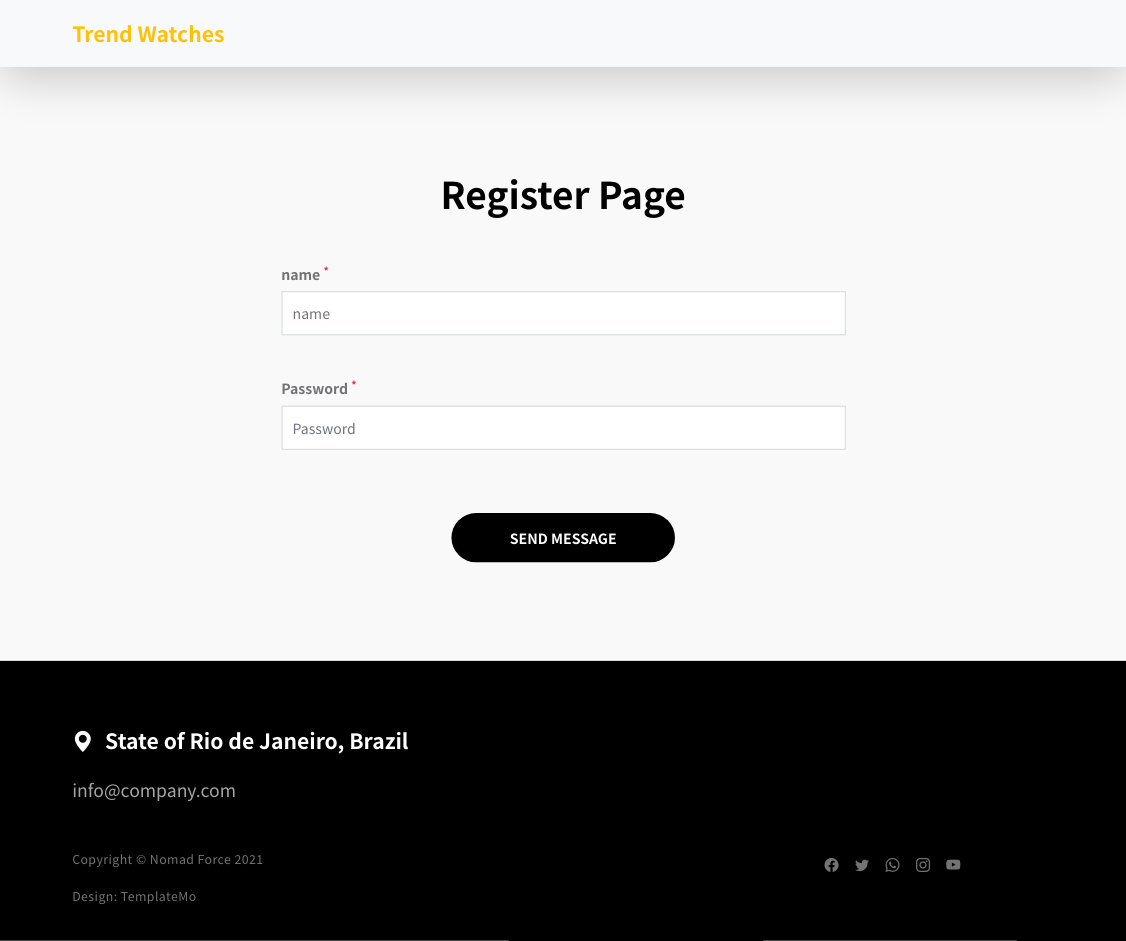
Repository: maqsudov0371/homework
Page: http://localhost/register-user
The author's editor kept a copy of each file at every save. The page is drawn from the files as they stood at one save, then again after a run of saves.
The browser window is 1280 px wide. The pictures show the whole page, at 88% of full size.
The page is served by the project's application, run on Django 5.2 (manage.py). Other server files are loaded and not shown.

Above is the page before, as saved 2024-07-13 14:51:45.

### templates/register.html
<!doctype html>
<html lang="en">
    {% load static %}
    <head>
        <meta charset="utf-8">
        <meta name="viewport" content="width=device-width, initial-scale=1">

        <meta name="description" content="">
        <meta name="author" content="">

        <title>Nomad Force HTML Bootstrap 5 Template</title>

        <!-- CSS FILES -->
        <link rel="preconnect" href="https://fonts.googleapis.com">

        <link rel="preconnect" href="https://fonts.gstatic.com" crossorigin>

        <link href="https://fonts.googleapis.com/css2?family=Noto+Sans+JP:wght@100;300;400;700;900&display=swap" rel="stylesheet">

        <link href="{% static 'css/bootstrap.min.css' %}" rel="stylesheet">
        <link href="{% static 'css/bootstrap-icons.css' %}" rel="stylesheet">

        <link rel="stylesheet" href="{% static 'css/magnific-popup.css' %} ">

        <link href="{% static 'css/aos.css' %}" rel="stylesheet">

        <link href="{% static 'css/templatemo-nomad-force.css' %}" rel="stylesheet">
<!--

TemplateMo 567 Nomad Force

https://templatemo.com/tm-567-nomad-force

-->
    </head>

    <body>

        <main>



            <nav class="navbar navbar-expand-lg bg-light shadow-lg">
                <div class="container">
                    <a class="navbar-brand" href="index.html">
                        <strong>Trend Watches</strong>
                    </a>

                    <button class="navbar-toggler" type="button" data-bs-toggle="collapse" data-bs-target="#navbarNav" aria-controls="navbarNav" aria-expanded="false" aria-label="Toggle navigation">
                        <span class="navbar-toggler-icon"></span>
                    </button>

                </div>
            </nav>



            <section class="news section-padding" id="news">
                <div class="container">
                    <div class="row">

                        <div class="col-lg-7 col-12 mx-auto">

                            <h2 class="mb-4 text-center aos-init aos-animate" data-aos="fade-up">Register Page</h2>

                            <form action="#" method="post" class="contact-form aos-init aos-animate" role="form" data-aos="fade-up">

                                {% csrf_token %}
                                <div class="row">
                                    <div class="col-12 my-4">
                                        <label for="name" class="form-label">name <sup class="text-danger">*</sup></label>

                                        <input type="text" name="name" id="name" class="form-control" placeholder="name" required="">
                                    </div>


                                    <div class="col-lg-12 my-4">
                                        <label for="paswoord" class="form-label">Password <sup class="text-danger">*</sup></label>

                                        <input type="password" name="password" id="password"  class="form-control" placeholder="Password" >
                                    </div>

                                <div class="col-lg-5 col-12 mx-auto mt-5">
                                    <button type="submit" class="form-control">Send Message</button>
                                </div>
                            </form>
                        </div>
                </div>
            </section>




        </main>

        <footer class="site-footer">
            <div class="container">
                <div class="row">

                    <div class="col-12">
                        <h5 class="text-white">
                            <i class="bi-geo-alt-fill me-2"></i>
                            State of Rio de Janeiro, Brazil
                        </h5>

                        <a href="mailto:info@company.com" class="custom-link mt-3 mb-5">
                            info@company.com
                        </a>
                    </div>

                    <div class="col-6">
                        <p class="copyright-text mb-0">Copyright © Nomad Force 2021

                        <br><br>Design: <a href="https://templatemo.com/page/1" target="_parent">TemplateMo</a></p>

                    </div>

                    <div class="col-lg-3 col-5 ms-auto">
                        <ul class="social-icon">
                            <li><a href="#" class="social-icon-link bi-facebook"></a></li>

                            <li><a href="#" class="social-icon-link bi-twitter"></a></li>

                            <li><a href="#" class="social-icon-link bi-whatsapp"></a></li>

                            <li><a href="#" class="social-icon-link bi-instagram"></a></li>

                            <li><a href="#" class="social-icon-link bi-youtube"></a></li>
                        </ul>
                    </div>

                </div>
            </section>
        </footer>

        <!-- JAVASCRIPT FILES -->
        <script src="{% static 'js/jquery.min.js' %}"></script>
        <script src="{% static 'js/bootstrap.bundle.min.js' %}"></script>
        <script src="{% static 'js/jquery.sticky.js' %}"></script>
        <script src="{% static 'js/aos.js' %}"></script>
        <script src="{% static 'js/jquery.magnific-popup.min.js' %}"></script>
        <script src="{% static 'js/magnific-popup-options.js' %}"></script>
        <script src="{% static 'js/scrollspy.min.js' %}"></script>
        <script src="{% static 'js/custom.js' %}"></script>

    </body>
</html>

### main/views.py
from django.shortcuts import render
from . import models

def watches(request):
    posts = models.Watches.objects.all()
    for post in posts:
        post.img = models.WatchImg.objects.filter(watch__id=post.id).last().img

    context = {
        'post':posts
    }
    return render(request, 'watches.html', context)


def register_user(request):
    if request.method == 'POST':
        print(request.POST['name'])
        print(request.POST['email'])
        print(request.POST['password'])

        models.User.objects.create(
            name= 'name',
            email = 'email',
            password = 'password'
        )
    return render(request, 'register.html')

### Watches/urls.py
"""
URL configuration for Watches project.

The `urlpatterns` list routes URLs to views. For more information please see:
    https://docs.djangoproject.com/en/5.0/topics/http/urls/
Examples:
Function views
    1. Add an import:  from my_app import views
    2. Add a URL to urlpatterns:  path('', views.home, name='home')
Class-based views
    1. Add an import:  from other_app.views import Home
    2. Add a URL to urlpatterns:  path('', Home.as_view(), name='home')
Including another URLconf
    1. Import the include() function: from django.urls import include, path
    2. Add a URL to urlpatterns:  path('blog/', include('blog.urls'))
"""
from django.contrib import admin
from django.urls import path, include
from django.conf import settings
from django.conf.urls.static import static

urlpatterns = [
    path('admin/', admin.site.urls),
    path('', include('main.urls'))
]+static(settings.MEDIA_URL, document_root=settings.MEDIA_ROOT)

### main/urls.py
from . import views
from django.urls import path

urlpatterns = [
    path('', views.watches),
    path('register-user', views.register_user, name='register_user')
]

### static/css/templatemo-nomad-force.css
/*

TemplateMo 567 Nomad Force

https://templatemo.com/tm-567-nomad-force

*/

/*---------------------------------------
  CUSTOM PROPERTIES ( VARIABLES )
-----------------------------------------*/
:root {
  --white-color:                  #FFFFFF;
  --primary-color:                #ffc107;
  --section-bg-color:             #f9f9f9;
  --dark-color:                   #000000;
  --grey-color:                   #fcfeff;
  --text-secondary-white-color:   rgba(255, 255, 255, 0.98);
  --title-color:                  #565758;
  --p-color:                      #717275;

  --body-font-family:           'Noto Sans JP', sans-serif;

  --h1-font-size:               72px;
  --h2-font-size:               42px;
  --h3-font-size:               36px;
  --h4-font-size:               32px;
  --h5-font-size:               24px;
  --h6-font-size:               22px;
  --p-font-size:                20px;
  --copyright-text-font-size:   14px;
  --custom-link-font-size:      12px;

  --font-weight-light:          300;
  --font-weight-normal:         400;
  --font-weight-bold:           700;
  --font-weight-black:          900;
}

body,
html {
  height: 100%;
}

body {
    background: var(--white-color);
    font-family: var(--body-font-family);
    position: relative;
}

/*---------------------------------------
  TYPOGRAPHY
-----------------------------------------*/

h2,
h3,
h4,
h5,
h6 {
  color: var(--dark-color);
  line-height: inherit;
}

h1,
h2,
h3,
h4,
h5,
h6 {
  font-weight: var(--font-weight-bold);
}

h1,
h2 {
  font-weight: var(--font-weight-black);
}

h1 {
  font-size: var(--h1-font-size);
  line-height: normal;
}

h2 {
  font-size: var(--h2-font-size);
}

h3 {
  font-size: var(--h3-font-size);
}

h4 {
  font-size: var(--h4-font-size);
}

h5 {
  font-size: var(--h5-font-size);
}

h6 {
  font-size: var(--h6-font-size);
}

p {
  color: var(--p-color);
  font-size: var(--p-font-size);
  font-weight: var(--font-weight-light);
  letter-spacing: 0.5px;
}

.text-secondary-white-color {
  color: var(--text-secondary-white-color);
}

a,
button {
  touch-action: manipulation;
  transition: all 0.3s;
}

a {
  color: var(--p-color);
  text-decoration: none;
}

a:hover {
  color: var(--primary-color);
}

::selection {
  background: var(--dark-color);
  color: var(--white-color);
}

.custom-underline {
  border-bottom: 2px solid var(--white-color);
  color: var(--white-color);
  padding-bottom: 4px;
}

.videoWrapper {
  position: relative;
  padding-bottom: 56.25%; /* 16:9 */
  height: 0;
  z-index: -100;
}

.custom-video {
  position: absolute;
  top: 0;
  left: 0;
  width: 100%;
  height: 100%;
}

.overlay {
  background: linear-gradient(to top, #000, transparent 90%);
  position: absolute;
  top: 0;
  right: 0;
  bottom: 0;
  left: 0;
}

/*---------------------------------------
  CUSTOM LINK
-----------------------------------------*/
.custom-links {
  max-width: 230px;
}

.custom-link {
  position: relative;
  overflow: hidden;
  z-index: 1;
  display: inline-block;
  transition: all .3s cubic-bezier(.645,.045,.355,1);
}

.custom-link::after {
  content: "";
  width: 0;
  height: 2px;
  bottom: 0;
  position: absolute;
  left: auto;
  right: 0;
  z-index: -1;
  transition: width .6s cubic-bezier(.25,.8,.25,1) 0s;
  background: currentColor;
}

.custom-link:hover::after {
  width: 100%;
  left: 0;
  right: auto;
}

.custom-link:hover,
.custom-link:hover::after {
  color: var(--white-color);
}

b,
strong {
  font-weight: var(--font-weight-bold);
}

/*---------------------------------------
  NAVIGATION
-----------------------------------------*/

.navbar {
  z-index: 9;
  right: 0;
  left: 0;
  padding-top: 15px;
  padding-bottom: 15px;
}

.navbar-brand {
  color: var(--primary-color);
  font-size: 24px;
  font-weight: var(--font-weight-bold);
}

.navbar-expand-lg .navbar-nav .nav-link {
  padding-right: 15px;
  padding-left: 15px;
}

.navbar-nav .nav-link::after {
  content: "\f140";
  font-family: bootstrap-icons;
  display: inline-block;
  margin-left: 10px;
  color: var(--primary-color);
  opacity: 0;
  -webkit-transition: opacity 0.3s, -webkit-transform 0.3s;
  -moz-transition: opacity 0.3s, -moz-transform 0.3s;
  transition: opacity 0.3s, transform 0.3s;
  -webkit-transform: translateY(10px);
  -moz-transform: translateY(10px);
  transform: translateY(10px);
}

.navbar-nav .nav-link:hover::after {
  opacity: 1;
  -webkit-transform: translateY(0px);
  -moz-transform: translateY(0px);
  transform: translateY(0px);
}

.navbar-nav .nav-link {
  color: var(--p-color);
  font-size: 18px;
  font-weight: var(--font-weight-bold);
  position: relative;
}

.navbar-nav .nav-link:hover::after,
.navbar-nav .nav-item.active .nav-link::after {
  color: var(--primary-color);
  opacity: 1;
  -webkit-transform: translateY(0px);
  -moz-transform: translateY(0px);
  transform: translateY(0px);
}

.navbar-nav .nav-item.active .nav-link,
.nav-link:focus,
.nav-link:hover {
  color: var(--dark-color);
}

.nav-link:focus {
  color: var(--p-color);
}

.navbar-toggler {
  border: 0;
  padding: 0;
  cursor: pointer;
  margin: 0;
  width: 30px;
  height: 35px;
  outline: none;
}

.navbar-toggler:focus {
  outline: none;
  box-shadow: none;
}

.navbar-toggler[aria-expanded="true"] .navbar-toggler-icon {
  background: transparent;
}

.navbar-toggler[aria-expanded="true"] .navbar-toggler-icon:before,
.navbar-toggler[aria-expanded="true"] .navbar-toggler-icon:after {
  transition: top 300ms 50ms ease, -webkit-transform 300ms 350ms ease;
  transition: top 300ms 50ms ease, transform 300ms 350ms ease;
  transition: top 300ms 50ms ease, transform 300ms 350ms ease, -webkit-transform 300ms 350ms ease;
  top: 0;
}

.navbar-toggler[aria-expanded="true"] .navbar-toggler-icon:before {
  transform: rotate(45deg);
}

.navbar-toggler[aria-expanded="true"] .navbar-toggler-icon:after {
  transform: rotate(-45deg);
}

.navbar-toggler .navbar-toggler-icon {
  background: var(--dark-color);
  transition: background 10ms 300ms ease;
  display: block;
  width: 30px;
  height: 2px;
  position: relative;
}

.navbar-toggler .navbar-toggler-icon:before,
.navbar-toggler .navbar-toggler-icon:after {
  transition: top 300ms 350ms ease, -webkit-transform 300ms 50ms ease;
  transition: top 300ms 350ms ease, transform 300ms 50ms ease;
  transition: top 300ms 350ms ease, transform 300ms 50ms ease, -webkit-transform 300ms 50ms ease;
  position: absolute;
  right: 0;
  left: 0;
  background: var(--dark-color);
  width: 30px;
  height: 2px;
  content: '';
}

.navbar-toggler .navbar-toggler-icon:before {
  top: -8px;
}

.navbar-toggler .navbar-toggler-icon:after {
  top: 8px;
}

/*---------------------------------------
  HERO
-----------------------------------------*/
.hero {
  position: relative;
  overflow: hidden;
}

@media screen and (min-width: 992px) {
  .hero {
    height: 100vh;
  }

  .custom-video,
  .news-detail-image {
    object-fit: cover;
    width: 100vw;
    height: 100vh;
  }

  .sticky-wrapper {
    position: relative;
    bottom: 76px;
  }
}

.heroText {
  position: absolute;
  z-index: 9;
  top: 50%;
  left: 50%;
  transform: translate(-50%, -50%);
  width: 85%;
  text-align: center;
}

/*---------------------------------------
  ABOUT & TEAM MEMBERS
-----------------------------------------*/
.about-image,
.team-image {
  width: 100%;
  height: 100%;
  max-height: 635px;
  min-height: 475px;
  object-fit: cover;
}

.team-thumb {
  background: var(--white-color);
  position: absolute;
  bottom: 0;
  right: 0;
  width: 65%;
  padding: 22px 32px 32px 32px;
}

.carousel-control-next,
.carousel-control-prev {
  top: auto;
  bottom: 2.5rem;
}

.carousel-control-prev {
  right: 4rem;
  left: auto;
}

.carousel-control-next-icon,
.carousel-control-prev-icon {
  background-color: var(--dark-color);
  background-size: 50% 50%;
  border-radius: 100px;
  width: 3rem;
  height: 3rem;
}

/*---------------------------------------
  PORTFOLIO
-----------------------------------------*/
.portfolio-thumb {
  position: relative;
  overflow: hidden;
}

.portfolio-info {
  margin: 20px;
}

/*---------------------------------------
  NEWS & EVENTS
-----------------------------------------*/

.news,
.related-news {
  background: var(--section-bg-color);
}

.news-thumb {
  position: relative;
}

.news-category {
  background: var(--white-color);
  position: absolute;
  z-index: 9;
  top: 0;
  left: 0;
  padding: 4px 12px;
  display: inline-block;
}

.news-text-info {
  margin: 0 20px;
}

.news-title {
  margin-top: 15px;
  margin-bottom: 15px;
}

.news-title-link {
  color: var(--title-color);
  display: inline-block;
}

.news-title-link:hover {
  color: var(--dark-color);
}

.portfolio-image,
.news-image {
  display: block;
  transition: transform 0.6s ease-out;
}

.news-image-hover {
  display: inline-block;
  position: relative;
  overflow: hidden;
  z-index: 1;
  transition: all .3s cubic-bezier(.645,.045,.355,1);
  padding-bottom: 4px;
  height: 100%;
}

.news-image-hover::after {
  content: "";
  width: 0;
  height: 4px;
  bottom: 0;
  position: absolute;
  left: auto;
  right: 0;
  z-index: -1;
  transition: width .6s cubic-bezier(.25,.8,.25,1) 0s;
  background: #198754;
}

.news-image-hover-warning::after {
  background: #ffc107;
}

.news-image-hover-primary::after {
  background: #0d6efd;
}

.news-image-hover-success::after {
  background: #198754;
}

.news-image-hover:hover::after {
  width: 100%;
  left: 0;
  right: auto;
  z-index: 9;
}

.image-popup:hover .portfolio-image,
.news-image-hover:hover .news-image {
  transform: scale(1.02);
}

.news-two-column {
  min-height: 199px;
  margin-bottom: 16px;
}

.news-two-column .news-image {
  width: 100%;
  height: 100%;
  object-fit: cover;
}

.social-share-link,
.social-share-link + span {
  color: rgba(255, 255, 255, 0.65);
}

/*---------------------------------------
  SECTION
-----------------------------------------*/
.section-padding {
  padding-top: 7rem;
  padding-bottom: 7rem;
}

/*---------------------------------------
  CONTACT
-----------------------------------------*/
.contact-info {
  padding: 40px;
}

.contact-form .form-control {
  border-radius: 0;
  font-weight: var(--font-weight-normal);
  padding-top: 12px;
  padding-bottom: 12px;
}

.contact-form button[type='submit'] {
  background: var(--dark-color);
  border: none;
  border-radius: 100px;
  color: var(--white-color);
  font-weight: var(--font-weight-bold);
  text-transform: uppercase;
  padding: 16px;
  transition: all 0.6s ease-out;
}

.contact-form button[type='submit']:hover {
  background: var(--primary-color);
}

.form-label {
  color: var(--p-color);
  font-weight: var(--font-weight-bold);
}

.map-iframe {
  display: block;
  filter: grayscale(100);
}

/*---------------------------------------
  SITE FOOTER
-----------------------------------------*/
.site-footer {
  background: var(--dark-color);
  padding-top: 4.5rem;
  padding-bottom: 2.5rem;
}

.site-footer .custom-link {
  color: rgba(255, 255, 255, 0.65);
  font-size: var(--p-font-size);
}

.site-footer .custom-link:hover,
.site-footer .social-icon-link:hover {
  color: var(--white-color);
}

.copyright-text {
  color: rgba(255, 255, 255, 0.45);
  font-size: var(--copyright-text-font-size);
}

/*---------------------------------------
  SOCIAL ICON
-----------------------------------------*/
.social-icon {
  margin: 0;
  padding: 0;
}

.social-icon li {
  list-style: none;
  display: inline-block;
  vertical-align: top;
}

.social-icon-link {
  color: rgba(255, 255, 255, 0.45);
  font-size: 1rem;
  display: inline-block;
  vertical-align: top;
  margin-top: 4px;
  margin-bottom: 4px;
  margin-right: 15px;
}

.social-icon-link:hover {
  color: var(--primary-color);
}

/*---------------------------------------
  RESPONSIVE STYLES
-----------------------------------------*/
@media screen and (min-width: 1600px) {
  .news-two-column {
    min-height: 232.5px;
  }
}

@media screen and (max-width: 991px) {
  h1 {
    font-size: 48px;
  }

  h2 {
    font-size: 36px;
  }

  h3 {
    font-size: 32px;
  }

  h4 {
    font-size: 28px;
  }

  h5 {
    font-size: 20px;
  }

  h6 {
    font-size: 18px;
  }

  .navbar {
    padding-top: 10px;
    padding-bottom: 10px;
  }

  .section-padding {
    padding-top: 6rem;
    padding-bottom: 6rem;
  }

  .team-thumb {
    left: 0;
    width: auto;
  }

  .news-two-column {
    height: auto !important;
    min-height: inherit;
  }

  .news .col-12 .news-two-column:first-child {
    margin-bottom: 38px;
  }
}

@media screen and (max-width: 767px) {
  .news-detail-title {
    font-size: 36px;
  }
}

@media screen and (max-width: 360px) {
  h1 {
    font-size: 32px;
  }

  .heroText p {
    font-size: 14px;
  }
}

@media screen and (max-width: 359px) {
  .news-detail-title {
    font-size: 22px;
  }
}

### static/js/custom.js

  (function ($) {

  "use strict";

    // AOS ANIMATIONS
    AOS.init();

    // NAVBAR
    $('.navbar-nav .nav-link').click(function(){
        $(".navbar-collapse").collapse('hide');
    });

    // NEWS IMAGE RESIZE
    function NewsImageResize(){
      $(".navbar").scrollspy({ offset: -76 });

      var LargeImage = $('.large-news-image').height();

      var MinusHeight = LargeImage - 6;

      $('.news-two-column').css({'height' : (MinusHeight - LargeImage / 2) + 'px'});
    }

    $(window).on("resize", NewsImageResize);
    $(document).on("ready", NewsImageResize);

    $('a[href*="#"]').click(function (event) {
      if (
        location.pathname.replace(/^\//, '') == this.pathname.replace(/^\//, '') && location.hostname == this.hostname) {
        var target = $(this.hash);
        target = target.length ? target : $('[name=' + this.hash.slice(1) + ']');
        if (target.length) {
          event.preventDefault();
          $('html, body').animate({
            scrollTop: target.offset().top - 66
          }, 1000);
        }
      }
    });

  })(window.jQuery);

Loaded but not shown: static/css/bootstrap.min.css (library); static/css/bootstrap-icons.css (library); static/css/magnific-popup.css (library); static/css/aos.css (library); static/js/jquery.min.js (library); static/js/bootstrap.bundle.min.js (library); static/js/jquery.sticky.js (library); static/js/aos.js (library); static/js/jquery.magnific-popup.min.js (library); static/js/magnific-popup-options.js (common file); static/js/scrollspy.min.js (common file)

After the next 2 saves:
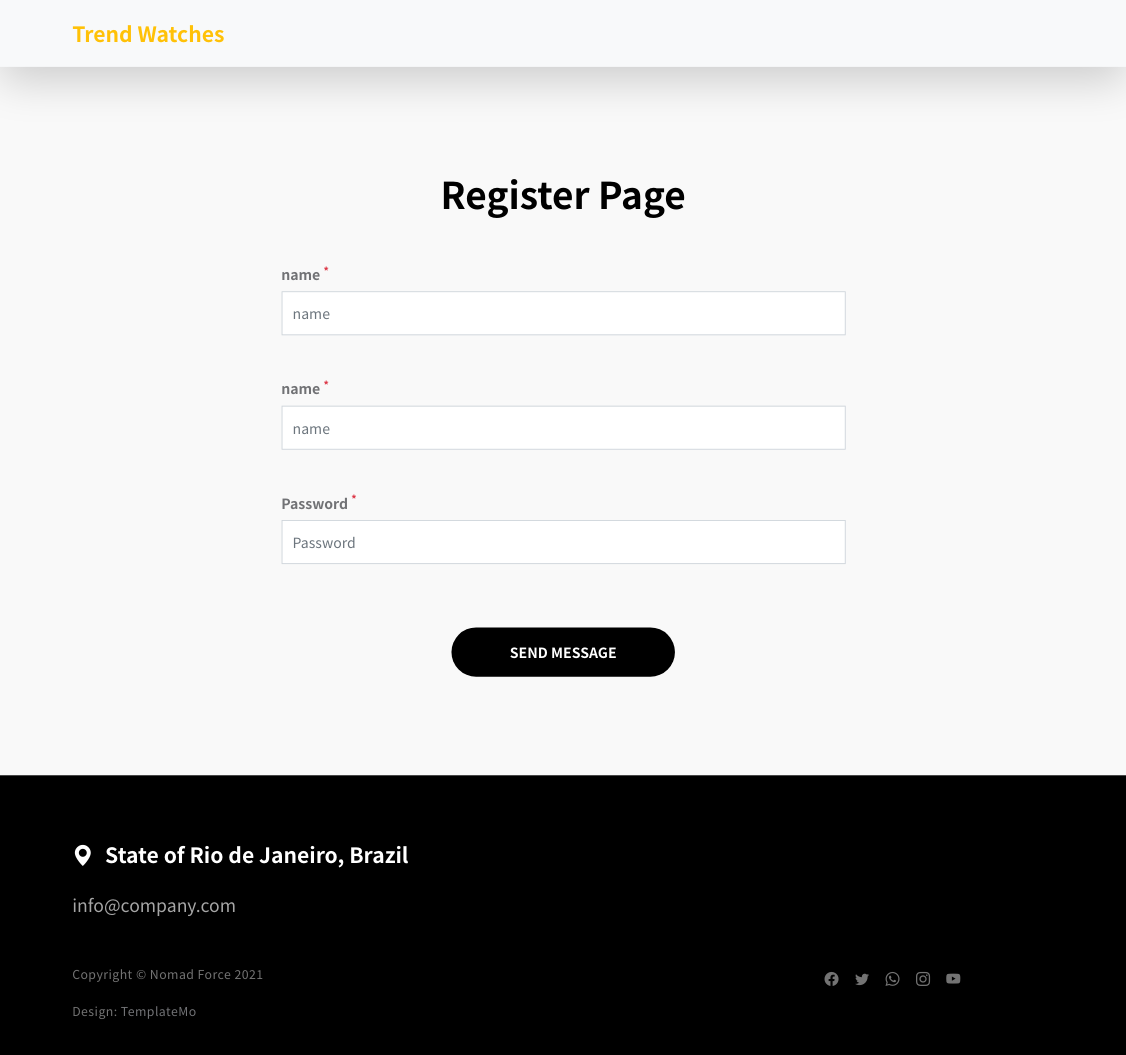
The 2 saves are shown as one change because they came seconds apart.
The last was saved 33 s later.
--- a/templates/register.html
+++ b/templates/register.html
@@ -67,6 +67,12 @@ https://templatemo.com/tm-567-nomad-force
 
                                 {% csrf_token %}
                                 <div class="row">
+                                    <div class="col-12 my-4">
+                                        <label for="name" class="form-label">name <sup class="text-danger">*</sup></label>
+
+                                        <input type="text" name="name" id="name" class="form-control" placeholder="name" required="">
+                                    </div>
+
                                     <div class="col-12 my-4">
                                         <label for="name" class="form-label">name <sup class="text-danger">*</sup></label>
 
